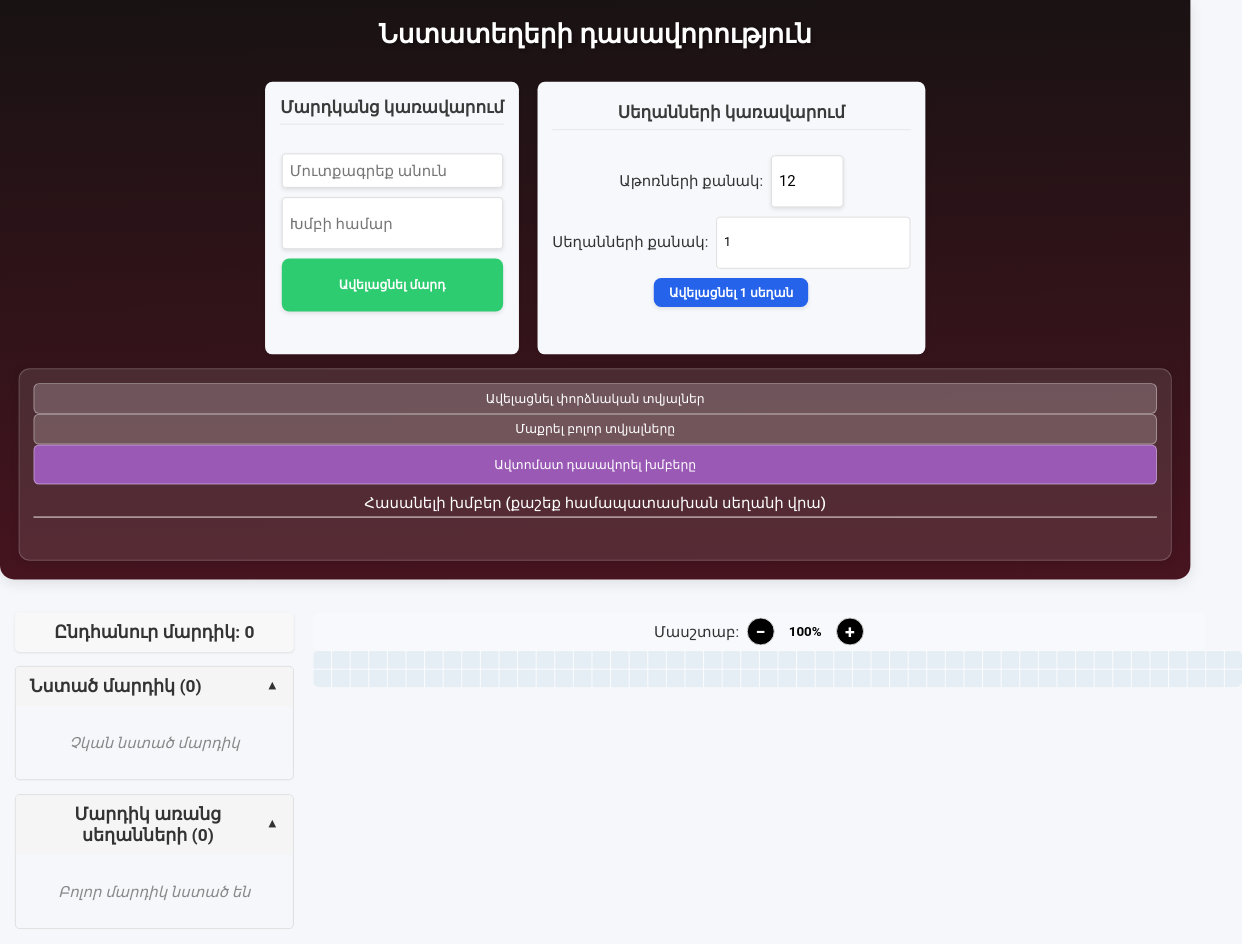
Repository: Vahan-23/Table-V2
Page: /
The author's editor kept a copy of each file at every save. The page is drawn from the files as they stood at one save, then again after the next save.
The browser window is 1280 px wide. The page is 1336 px wide, so the pictures cover 1336 px, including what lies to the right of the window. The pictures show the whole page, at 93% of full size.
The project was rebuilt for these pictures with package versions that can differ from the ones it lists, and the page was loaded fresh each time.

Above is the page before, as saved 2025-03-03 12:51:09.

### src/component/App.css
/* Modern styles for the Seating Arrangement app */

* {
  margin: 0;
  padding: 0;
  font-family: 'Roboto', 'Segoe UI', Arial, sans-serif;
}

body {
  background-color: #f5f7fb;
  color: #333;
}

.app-container {
  display: flex;
  flex-direction: column;
  min-height: 100vh;
}

/* Header Styles */
.app-header {
  background: linear-gradient(179deg, #181213 0%, rgb(71 20 31) 100%);
  padding: 20px;
  border-radius: 0 0 15px 15px;
  box-shadow: 0 4px 15px rgba(0, 0, 0, 0.1);
  margin-bottom: 20px;
}

.header-content {
  display: flex;
  justify-content: space-between;
  align-items: center;
  max-width: 1600px;
  margin: 0 auto;
  width: 100%;
  flex-direction: column;
}

.logo {
  color: white;
  font-size: 28px;
  font-weight: bold;
  text-shadow: 2px 2px 4px rgba(0, 0, 0, 0.3);
  margin-bottom: 15px;
}

.header-controls {
  background: rgba(255, 255, 255, 0.15);
  backdrop-filter: blur(10px);
  padding: 15px;
  border-radius: 12px;
  box-shadow: inset 0 1px 1px rgba(255, 255, 255, 0.1), 0 1px 2px rgba(0, 0, 0, 0.1);
  display: flex;
  width: 80%;
}

.control-group {
  display: flex;
  flex-wrap: wrap;
  gap: 1rem;
  width: 100%;
}

.input-group {
  display: flex;
  gap: 10px;
  margin-bottom: 15px;
  align-items: center;
  justify-content: center;
}

.input-field {
  flex: 1;
  padding: 10px 15px;
  border-radius: 8px;
  border: none;
  font-size: 16px;
  box-shadow: 0 2px 5px rgba(0, 0, 0, 0.1);
}

.input-group input,
.table-controls input {
  height: 38px;
  padding: 0.5rem;
  border: 1px solid #ddd;
  border-radius: 4px;
  outline: none;
  transition: border-color 0.2s;
}

.input-group input:focus,
.table-controls input:focus {
  border-color: #2563eb;
}

.group-input-container {
  position: relative;
  flex: 1;
}

.group-dropdown {
  position: absolute;
  top: 100%;
  left: 0;
  width: 100%;
  max-height: 200px;
  overflow-y: auto;
  z-index: 10;
  background-color: white;
  border: none;
  border-radius: 8px;
  box-shadow: 0 4px 12px rgba(0, 0, 0, 0.15);
  margin-top: 5px;
}

.dropdown-item {
  padding: 10px 15px;
  cursor: pointer;
  border-bottom: 1px solid #eee;
  transition: background-color 0.2s;
}

.dropdown-item:hover {
  background-color: #f5f5f5;
}

.dropdown-item-new {
  padding: 10px 15px;
  cursor: pointer;
  background-color: #f0f0f0;
  font-style: italic;
  border-radius: 0 0 8px 8px;
  z-index: 2;
}

.dropdown-empty {
  padding: 10px 15px;
  color: #666;
}

button {
  cursor: pointer;
  border: none;
  border-radius: 4px;
  padding: 0.5rem 1rem;
  font-weight: 500;
  transition: all 0.2s;
}

.primary-btn {
  background-color: #2563eb;
  color: white;
  border: none;
  border-radius: 8px;
  font-weight: bold;
  cursor: pointer;
  box-shadow: 0 2px 5px rgba(0, 0, 0, 0.1);
  transition: transform 0.2s, background-color 0.2s;
}

.primary-btn:hover {
  background-color: #1d4ed8;
}

.add-person-btn {
  /* margin-left: 30px; */
  padding: 21px 20px;
  background-color: #2ecc71;
  color: white;
}

.add-person-btn:hover {
  background-color: #27ae60;
  transform: translateY(-2px);
}

.secondary-btn {
  padding: 8px 15px;
  background-color: rgba(255, 255, 255, 0.2);
  color: white;
  border: 1px solid rgba(255, 255, 255, 0.4);
  border-radius: 6px;
  cursor: pointer;
  transition: background-color 0.2s;
}

.secondary-btn:hover {
  background-color: rgba(255, 255, 255, 0.3);
}

.table-controls {
  display: flex;
  align-items: center;
  gap: 10px;
  margin-bottom: 15px;
  flex-direction: column;
}

.chair-count-input {
  width: 120px;
  padding: 10px 15px;
  border-radius: 8px;
  border: none;
  font-size: 16px;
  box-shadow: 0 2px 5px rgba(0, 0, 0, 0.1);
}

.add-table-btn {
  flex: 1;
  padding: 21px 15px;
  background-color: #3498db;
  color: white;
}

.add-table-btn:hover {
  background-color: #2980b9;
  transform: translateY(-2px);
}

.create-all-tables-btn {
  flex: 2;
  padding: 13px 15px;
  background-color: #9b59b6;
  color: white;
}

.create-all-tables-btn:hover {
  background-color: #8e44ad;
  transform: translateY(-2px);
}

/* Bottom controls section */
.bottom-controls {
  display: flex;
  justify-content: space-between;
  align-items: center;
}

/* Save controls */
.save-controls {
  display: flex;
  align-items: center;
  gap: 0.5rem;
}

/* Zoom controls */
.zoom-controls {
  display: flex;
  align-items: center;
  gap: 8px;
  background-color: rgba(255, 255, 255, 0.2);
  padding: 5px 10px;
  border-radius: 6px;
  justify-content: center;
}

.zoom-btn {
  width: 30px;
  height: 30px;
  border-radius: 50%;
  border: none;
  background-color: rgba(255, 255, 255, 0.3);
  color: white;
  font-size: 18px;
  font-weight: bold;
  cursor: pointer;
  display: flex;
  justify-content: center;
  align-items: center;
}

.zoom-controls button {
  width: 30px;
  height: 30px;
  display: flex;
  align-items: center;
  justify-content: center;
  background-color: #000000;
  border-radius: 50%;
  font-size: 1.2rem;
  padding: 0;
}

.zoom-controls span {
  font-size: 0.9rem;
  min-width: 50px;
  text-align: center;
}

.zoom-percentage {
  color: rgb(0, 0, 0);
  font-weight: bold;
}

/* Groups Container */
.groups-container {
  background-color: rgba(255, 255, 255, 0.1);
  border-radius: 12px;
  padding: 15px;
  margin-top: 15px;
  box-shadow: 0 2px 10px rgba(0, 0, 0, 0.1);
  border: 1px solid rgba(255, 255, 255, 0.2);
}

.groups-header {
  display: flex;
  flex-direction: column;
  gap: 10px;
}

.groups-header h3 {
  color: #ffffff;
  font-size: 1rem;
  font-weight: 500;
}

.groups-title {
  margin: 0 0 10px 0;
  font-size: 20px;
  color: white;
  font-weight: 600;
  border-bottom: 2px solid rgba(255, 255, 255, 0.5);
  padding-bottom: 5px;
  display: inline-block;
}

.groups-wrapper {
  display: flex;
  flex-wrap: nowrap;
  gap: 12px;
  overflow-x: auto;
  padding: 5px 0;
  max-height: 100px;
  max-width: 100%;
  scrollbar-width: thin;
  scrollbar-color: rgba(255, 255, 255, 0.5) transparent;
}

.groups-wrapper::-webkit-scrollbar {
  height: 6px;
  width: 6px;
}

.groups-wrapper::-webkit-scrollbar-track {
  background: #f1f1f1;
  border-radius: 10px;
}

.groups-wrapper::-webkit-scrollbar-thumb {
  background: #3498db;
  border-radius: 10px;
}

.groups-wrapper::-webkit-scrollbar-thumb:hover {
  background: #2980b9;
}

/* Main Content */
.main-content {
  display: flex;
  flex: 1;
  padding: 1rem;
  gap: 20px;
  max-width: 1600px;
  margin: 0 auto;
  width: 100%;
}

/* Sidebar */
.sidebar {
  width: 300px;
  flex-shrink: 0;
}

.unseated-people-list,
.people-list {
  background-color: white;
  border-radius: 8px;
  padding: 15px;
  margin-top: 20px;
  box-shadow: 0 2px 8px rgba(0, 0, 0, 0.1);
  margin-bottom: 1.5rem;
}

.unseated-people-list h3,
.people-list h3 {
  margin-top: 0;
  margin-bottom: 15px;
  color: #333;
  font-size: 18px;
  font-weight: 600;
  border-bottom: 1px solid #e5e7eb;
  padding-bottom: 0.5rem;
}

.unseated-people-grid,
.people-grid {
  display: grid;
  grid-template-columns: repeat(auto-fill, minmax(120px, 1fr));
  gap: 10px;
}

.unseated-person-card,
.person-card {
  position: relative;
  background-color: #f9f9f9;
  border-radius: 6px;
  padding: 10px;
  box-shadow: 0 1px 3px rgba(0, 0, 0, 0.1);
  font-size: 0.9rem;
  display: flex;
  justify-content: space-between;
  align-items: center;
}

.person-card {
  flex-direction: column;
  align-items: flex-start;
  gap: 0.25rem;
}

.person-name {
  display: block;
  font-weight: bold;
  font-size: 14px;
  margin-bottom: 4px;
}

.person-group {
  display: block;
  font-size: 12px;
  color: #666;
}

.group-tag {
  background-color: #e0e7ff;
  color: #4f46e5;
  border-radius: 4px;
  padding: 0.15rem 0.4rem;
  font-size: 0.75rem;
  font-weight: 500;
}

.delete-btn {
  position: absolute;
  top: 5px;
  right: 5px;
  width: 20px;
  height: 20px;
  border-radius: 50%;
  background-color: #e74c3c;
  color: white;
  border: none;
  display: flex;
  align-items: center;
  justify-content: center;
  font-size: 10px;
  cursor: pointer;
  opacity: 0.7;
  transition: opacity 0.2s;
}

.delete-btn:hover {
  background-color: #fee2e2;
  opacity: 1;
}

/* Tables Area */
.tables-area {
  background-image: linear-gradient(rgba(255, 255, 255, 0.8) 1px, transparent 1px),
    linear-gradient(90deg, rgba(255, 255, 255, 0.8) 1px, transparent 1px);
  background-size: 20px 20px;
  background-color: #e6eef5;
  flex: 1;
  min-height: 600px;
  border-radius: 8px;
  padding: 20px;
  position: relative;
  transform-origin: top left;
  display: flex;
  flex-wrap: wrap;
  gap: 2rem;
  align-content: flex-start;
  min-height: 70vh;
}

/* Table Styles */
.table-container {
  background-color: white;
  border-radius: 10px;
  box-shadow: 0 4px 12px rgba(0, 0, 0, 0.08);
  padding: 1rem;
  width: fit-content;
  margin-bottom: 20px;
  flex-shrink: 0;
}

.table-header {
  display: flex;
  justify-content: space-between;
  align-items: center;
  margin-bottom: 1rem;
}

.table-header h3 {
  font-size: 1rem;
  font-weight: 600;
  color: #374151;
}

.delete-table-btn {
  background-color: #fee2e2;
  color: #ef4444;
  font-size: 0.8rem;
  padding: 0.25rem 0.5rem;
}

.delete-table-btn:hover {
  background-color: #fecaca;
}

.table {
  margin: 20px;
  width: 200px;
  height: 200px;
  border: 50px solid #e7d8c7;
  border-radius: 50%;
  display: flex;
  justify-content: center;
  align-items: center;
  background-image: url('../../public/table.jpg');
  background-size: cover;
}

.table-top {
  position: relative;
  top: -15%;
  left: -15%;
}

.chair {
  position: absolute;
  width: 60px;
  height: 60px;
  background-size: cover;
  background-position: center;
  background-repeat: no-repeat;
  color: white;
  display: flex;
  justify-content: center;
  align-items: center;
  border-radius: 50%;
  font-size: 12px;
  text-align: center;
  cursor: pointer;
  transition: transform 0.2s ease, opacity 0.2s ease;
}

.chair:hover {
  transform: scale(1.1);
  opacity: 0.7;
}

/* New Table Dropzone */
.new-table-dropzone {
  width: 300px;
  height: 200px;
  border: 2px dashed #3498db;
  border-radius: 8px;
  display: flex;
  align-items: center;
  justify-content: center;
  background-color: rgba(52, 152, 219, 0.05);
  transition: all 0.3s;
  margin-bottom: 20px;
}

.new-table-dropzone.hovered {
  background-color: rgba(52, 152, 219, 0.47);
  border-color: #4f46e5;
}

.dropzone-content {
  display: flex;
  flex-direction: column;
  align-items: center;
  justify-content: center;
  text-align: center;
  padding: 20px;
  gap: 1rem;
}

.dropzone-icon {
  font-size: 32px;
  color: #3498db;
  margin-bottom: 10px;
}

.dropzone-text {
  font-size: 16px;
  font-weight: bold;
  color: #333;
}

/* Popup styles */
.popup-overlay {
  position: fixed;
  top: 0;
  left: 0;
  right: 0;
  bottom: 0;
  background-color: rgba(0, 0, 0, 0.5);
  display: flex;
  align-items: center;
  justify-content: center;
  z-index: 1000;
}

.popup {
  background-color: white;
  border-radius: 10px;
  padding: 1.5rem;
  min-width: 300px;
  max-width: 400px;
  max-height: 80vh;
  overflow-y: auto;
  box-shadow: 0 10px 25px rgba(0, 0, 0, 0.2);
}

.popup h3 {
  margin-bottom: 1rem;
  color: #374151;
}

.person-selection-list {
  list-style: none;
  margin-bottom: 1rem;
}

.person-selection-list li {
  padding: 0.75rem;
  border-radius: 6px;
  cursor: pointer;
  transition: background-color 0.2s;
}

.person-selection-list li:hover {
  background-color: #f3f4f6;
}

.close-btn {
  background-color: #e5e7eb;
  color: #4b5563;
  width: 100%;
  padding: 0.75rem;
  border-radius: 6px;
  margin-top: 1rem;
}

.close-btn:hover {
  background-color: #d1d5db;
}

/* Fullscreen popup styles */
.fullscreen-popup {
  position: fixed;
  top: 0;
  left: 0;
  width: 100%;
  height: 100%;
  background-color: rgba(0, 0, 0, 0.7);
  z-index: 1000;
  display: flex;
  justify-content: center;
  align-items: center;
}

.fullscreen-popup-overlay {
  position: absolute;
  top: 0;
  left: 0;
  width: 100%;
  height: 100%;
  background-color: rgba(0, 0, 0, 0.7);
  display: flex;
  justify-content: center;
  align-items: center;
}

.fullscreen-popup-content {
  background-color: white;
  border-radius: 8px;
  padding: 20px;
  max-width: 600px;
  width: 90%;
  max-height: 80vh;
  overflow-y: auto;
  box-shadow: 0 10px 25px rgba(0, 0, 0, 0.2);
}

.fullscreen-popup-content h3 {
  margin-top: 0;
  margin-bottom: 20px;
  text-align: center;
  font-size: 18px;
  color: #333;
}

.person-selection-grid {
  display: grid;
  grid-template-columns: repeat(auto-fill, minmax(180px, 1fr));
  gap: 15px;
  margin-bottom: 20px;
  max-height: 60vh;
  overflow-y: auto;
  padding: 10px;
  margin-top: 20px;
}

.person-selection-item {
  background-color: #f9f9f9;
  border: 1px solid #ddd;
  border-radius: 6px;
  padding: 12px;
  cursor: pointer;
  transition: all 0.2s ease;
  display: flex;
  flex-direction: column;
}

.person-selection-item:hover {
  background-color: #e8f4fd;
  transform: translateY(-2px);
  box-shadow: 0 4px 8px rgba(0, 0, 0, 0.1);
}

.person-selection-name {
  display: block;
  font-weight: bold;
  margin-bottom: 4px;
}

.person-selection-group {
  display: block;
  font-size: 12px;
  color: #666;
}

.no-people-message {
  text-align: center;
  padding: 20px;
  color: #666;
  grid-column: 1 / -1;
}

.close-popup-btn {
  display: block;
  margin: 0 auto;
  background-color: #3498db;
  color: white;
  border: none;
  border-radius: 4px;
  padding: 10px 20px;
  font-size: 16px;
  cursor: pointer;
  transition: background-color 0.2s ease;
}

.close-popup-btn:hover {
  background-color: #2980b9;
}

/* Remove person popup */
.remove-person-popup {
  text-align: center;
}

.popup-title {
  text-align: center;
  margin-bottom: 20px;
}

.person-info-card {
  background-color: #f9f9f9;
  padding: 15px;
  border-radius: 8px;
  margin-bottom: 20px;
  box-shadow: 0 2px 4px rgba(0, 0, 0, 0.1);
}

.person-info-name {
  text-align: center;
  font-size: 18px;
  margin: 0 0 10px 0;
  font-weight: bold;
}

.person-info-group {
  text-align: center;
  margin: 0;
  color: #666;
}

.confirmation-text {
  text-align: center;
  margin-bottom: 20px;
  color: #555;
}

.popup-buttons {
  display: flex;
  justify-content: center;
  gap: 15px;
}

.remove-btn {
  padding: 10px 20px;
  background-color: #e74c3c;
  color: white;
  border: none;
  border-radius: 4px;
  cursor: pointer;
  font-weight: bold;
}

.cancel-btn {
  padding: 10px 20px;
  background-color: #7f8c8d;
  color: white;
  border: none;
  border-radius: 4px;
  cursor: pointer;
}

/* Group card styles */
.group-card {
  flex: 0 0 auto;
  min-width: 100px;
  background-color: white;
  border-radius: 6px;
  padding: 8px 12px;
  box-shadow: 0 1px 3px rgba(0, 0, 0, 0.1);
  cursor: grab;
  transition: transform 0.2s, box-shadow 0.2s;
  border-left: 4px solid #3498db;
}

.group-card:hover {
  transform: translateY(-2px);
  box-shadow: 0 3px 6px rgba(0, 0, 0, 0.15);
}

.group-card.dragging {
  opacity: 0.5;
}

.group-name {
  font-weight: 600;
  font-size: 0.9rem;
  color: #2563eb;
  margin-bottom: 5px;
}

.group-count {
  font-size: 0.8rem;
  color: #6b7280;
  margin-top: 0.25rem;
}

/* Responsive adjustments */
@media (max-width: 992px) {
  .header-content {
    flex-direction: column;
    align-items: flex-start;
    gap: 1rem;
  }

  .header-controls {
    width: 100%;
  }

  .main-content {
    flex-direction: column;
  }

  .sidebar {
    width: 100%;
  }
}


.people-section {
  display: flex;
  flex-direction: column;
  gap: 15px;
}

.total-people-counter {
  background-color: #f8f8f8;
  padding: 10px;
  border-radius: 5px;
  text-align: center;
  box-shadow: 0 1px 3px rgba(0, 0, 0, 0.1);
}

.people-box {
  border: 1px solid #ddd;
  border-radius: 5px;
  overflow: hidden;
}

.people-header {
  display: flex;
  align-items: center;
  justify-content: space-between;
  padding: 10px 15px;
  background-color: #f5f5f5;
  cursor: pointer;
}

.people-header:hover {
  background-color: #e9e9e9;
}

.expand-arrow {
  font-size: 14px;
  transition: transform 0.3s ease;
}

.expand-arrow.expanded {
  transform: rotate(180deg);
}

.people-grid-container {
  max-height: 700px;
  overflow-y: auto;
}

.people-grid {
  display: grid;
  grid-template-columns: repeat(auto-fill, minmax(200px, 1fr));
  gap: 10px;
  padding: 10px;
}

.person-card {
  position: relative;
  padding: 10px;
  border-radius: 4px;
  box-shadow: 0 1px 3px rgba(0, 0, 0, 0.1);
  display: flex;
  flex-direction: column;
}

.person-card.seated {
  background-color: rgba(144, 238, 144, 0.2);
  border-left: 3px solid #4CAF50;
}

.person-card.unseated {
  background-color: rgba(255, 235, 205, 0.2);
  border-left: 3px solid #FFA500;
}

.person-name {
  font-weight: bold;
  margin-bottom: 4px;
}

.person-group {
  font-size: 12px;
  color: #666;
}

.delete-btn {
  position: absolute;
  top: 5px;
  right: 5px;
  width: 20px;
  height: 20px;
  border-radius: 50%;
  background-color: #ff6b6b;
  color: white;
  border: none;
  display: flex;
  align-items: center;
  justify-content: center;
  cursor: pointer;
  font-size: 10px;
}

.delete-btn:hover {
  background-color: #ff5252;
}

.empty-message {
  grid-column: 1 / -1;
  padding: 20px;
  text-align: center;
  color: #888;
  font-style: italic;
}

/* Scrollbar styling */
.people-grid-container::-webkit-scrollbar {
  width: 8px;
}

.people-grid-container::-webkit-scrollbar-track {
  background: #f1f1f1;
  border-radius: 4px;
}

.people-grid-container::-webkit-scrollbar-thumb {
  background: #888;
  border-radius: 4px;
}

.people-grid-container::-webkit-scrollbar-thumb:hover {
  background: #555;
}

/* Split header sections styling */
.header-sections {
  display: flex;
  width: 100%;
  gap: 20px;
  margin-top: 20px;
  justify-content: center;
}

.header-section {
  /* flex: 1 1; */
  display: flex;
  height: auto;
  background-color: #f7f8fc;
  border-radius: 8px;
  padding: 16px;
  box-shadow: 0 2px 5px rgba(0, 0, 0, 0.05);
  flex-direction: column;
  justify-content: space-around;
}

.section-main-title {
  color: #3a3a3a;
  margin-top: 0;
  margin-bottom: 16px;
  padding-bottom: 8px;
  border-bottom: 1px solid #e5e5e5;
  font-size: 18px;
}

/* People section specific */
.people-section .input-row {
  display: flex;
  gap: 10px;
  margin-bottom: 15px;
  flex-direction: column;
}

.people-section .data-management {
  margin-top: 20px;
}

/* Table section specific */
.tables-section .table-controls-row {
  display: flex;
  align-items: center;
  gap: 10px;
  margin-bottom: 15px;
  flex-direction: column;

}

.tables-section .chair-count-container {
  display: flex;
  align-items: center;
  gap: 8px;
}
.table-count-container {
  display: flex;
  align-items: center;
  gap: 8px;
}
.tables-section .chair-count-input {
  width: 60px;
}

.tables-section .zoom-controls {
  display: flex;
  align-items: center;
  margin-top: 20px;
  gap: 10px;
}

.zoom-buttons {
  display: flex;
  align-items: center;
}

.zoom-btn {
  width: 30px;
  height: 30px;
  display: flex;
  align-items: center;
  justify-content: center;
  border-radius: 4px;
  background-color: #f0f0f0;
  border: 1px solid #ddd;
  cursor: pointer;
}

.zoom-percentage {
  margin: 0 8px;
  min-width: 50px;
  text-align: center;
}

.data-buttons {
  display: flex;
  flex-direction: column;
  align-items: stretch;
}

Loaded but not shown: public/index.html (common file); src/index.js (common file); src/index.css (common file); src/reportWebVitals.js (common file); src/App.css (common file); src/App.js (12 lines, source omitted); src/component/SeatingArrangement.jsx (1081 lines, source omitted)

After the next save:
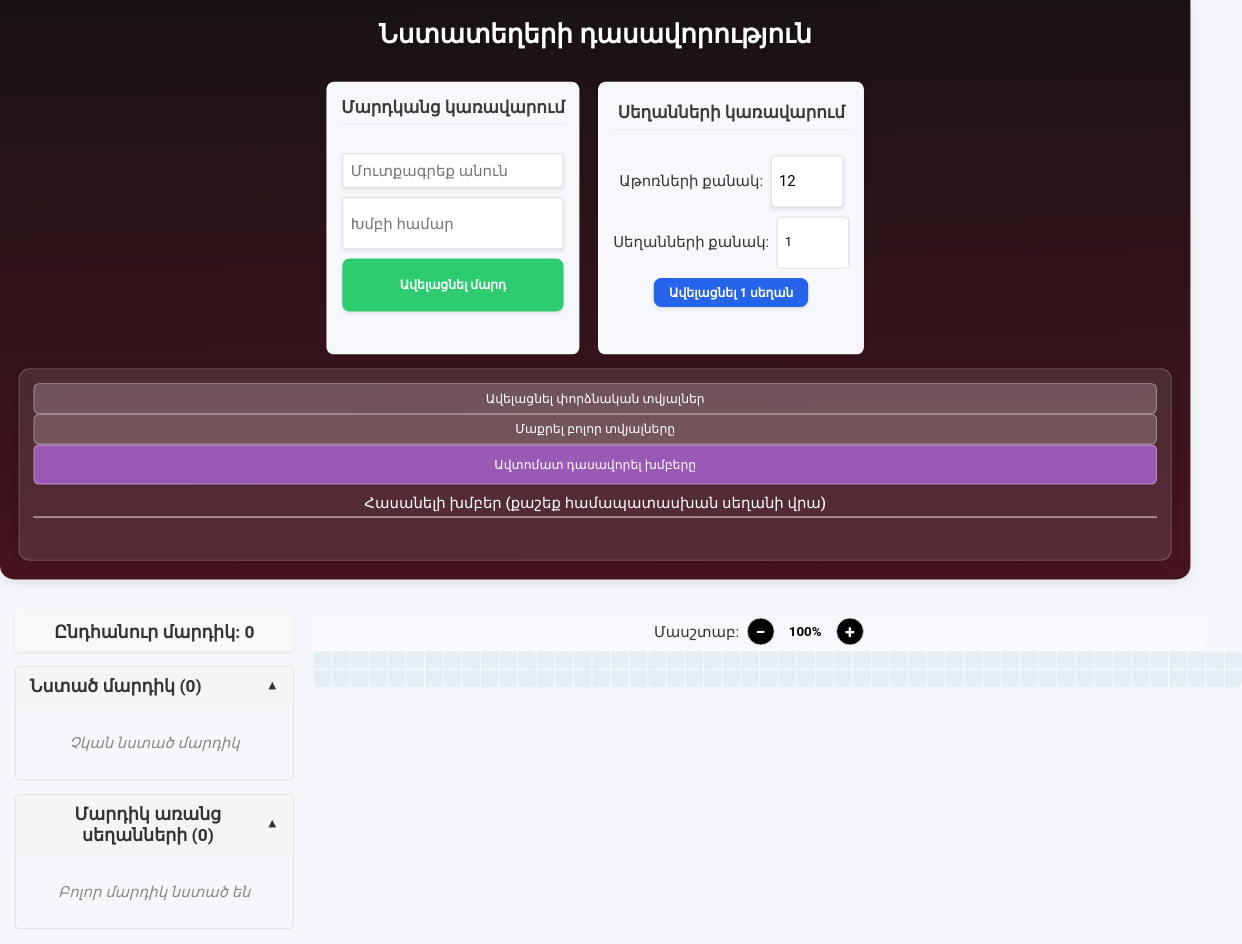
Saved 80 s later.
--- a/src/component/App.css
+++ b/src/component/App.css
@@ -1082,6 +1082,9 @@ button {
   align-items: center;
   gap: 8px;
 }
+.table-count-input{
+  width: 60px;
+}
 .tables-section .chair-count-input {
   width: 60px;
 }
